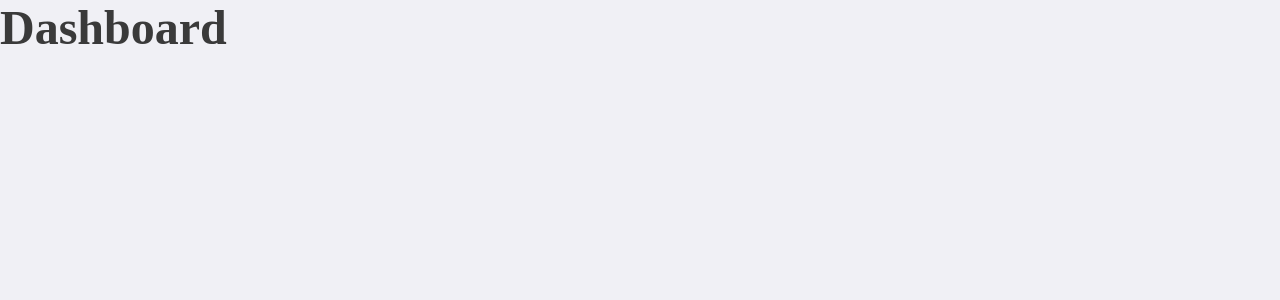
Repository: ramonmjr/projeto-repositorios-git-react
Page: /
An editor plug-in stored every save of this project. The page is shown before and after the next save, followed by the edit.
The browser window is 1280 px wide. The pictures show the whole page.
The project was rebuilt for these pictures with package versions that can differ from the ones it lists, and the page was loaded fresh each time. A package was used in the major version that the imports need, not the one package.json lists. Also part of the build but not shown: src/pages/Repository/index.tsx.

Above is the page before, as saved 2020-10-20 21:02:15.

### public/index.html
<!DOCTYPE html>
<html lang="en">

<head>
  <meta charset="utf-8" />
  <link rel="icon" href="%PUBLIC_URL%/favicon.ico" />
  <meta name="viewport" content="width=device-width, initial-scale=1" />
  <meta name="theme-color" content="#3A3A3A" />

  <title>Github Explorer</title>
</head>

<body>
  <noscript>You need to enable JavaScript to run this app.</noscript>
  <div id="root"></div>
</body>

</html>

### src/App.tsx
import React from 'react';
import { BrowserRouter } from 'react-router-dom';
import GlobalStyle from './styles/global';

import Routes from './routes';

const App: React.FC = () => (
  <>
    <BrowserRouter>
      <Routes />
    </BrowserRouter>
    <GlobalStyle />
  </>
);

export default App;

### src/styles/global.ts
import { createGlobalStyle } from 'styled-components';

export default createGlobalStyle`
* {
  margin: 0;
  padding: 0;
  outline: 0;
  box-sizing: border-box;
}
body {
  background: #f0f0f5;
  -webkit-font-smoothing: antialiased;
}
`;

### src/pages/Dashboard/index.tsx
import React from 'react';
import { Title } from './styles';

const Dashboard: React.FC = () => {
  return <Title>Dashboard</Title>;
};

export default Dashboard;

Loaded but not shown: src/index.tsx (common file); src/routes/index.tsx (common file); src/pages/Dashboard/styles.ts (common file)

After the next save:
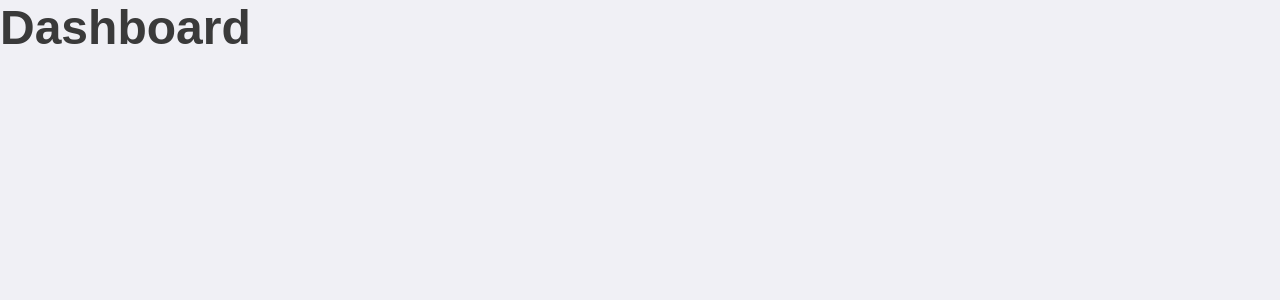
Saved 2 min 32 s later.
--- a/src/styles/global.ts
+++ b/src/styles/global.ts
@@ -11,4 +11,8 @@
   background: #f0f0f5;
   -webkit-font-smoothing: antialiased;
 }
+
+body, input, button {
+  font: 16px sans-serif;
+}
 `;
